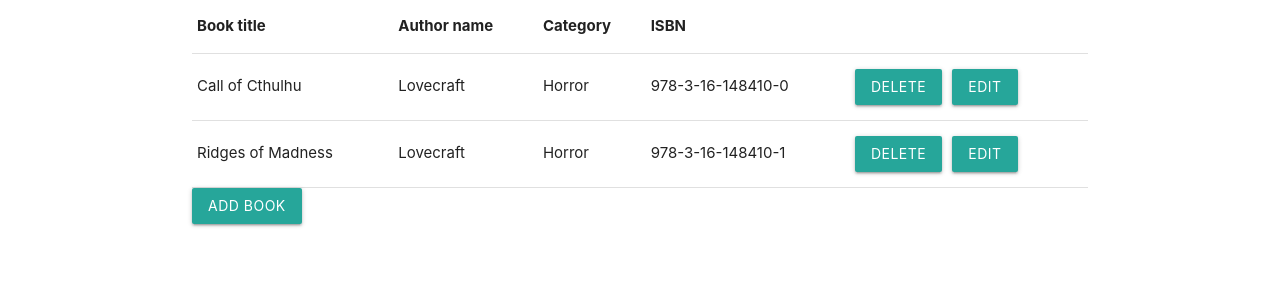
Repository: AlexanderBil/bookShalf
Page: /
An editor plug-in stored every save of this project. The page is shown before and after the next save, followed by the edit.
The browser window is 1280 px wide. The pictures show the whole page.
The project was rebuilt for these pictures with package versions that can differ from the ones it lists, and the page was loaded fresh each time. Also part of the build but not shown: src/components/AddBook.js, src/components/Edit.js, src/components/Modal.css.

Above is the page before, as saved 2021-06-27 20:13:24.

After the next save:
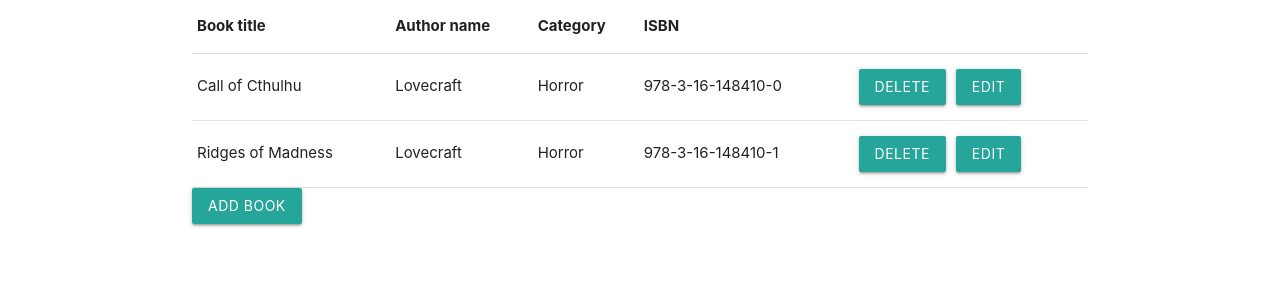
Saved 89 s later.
--- a/src/components/ListBook.js
+++ b/src/components/ListBook.js
@@ -37,7 +37,7 @@ function ListBook(props){
                   <td>{item.author}</td>
                   <td>{item.category}</td>
                   <td>{item.isbn}</td>
-                  <button onClick = {removeItem} className = "btn delete" id = {item.id}>Delete</button>
+                  <td></td><button onClick = {removeItem} className = "btn delete" id = {item.id}>Delete</button>
                   <Link to = '/edit'><button onClick = {editItem}  className = "btn edit" id = {item.id}>Edit</button></Link>
                 </tr>
           </tbody>
